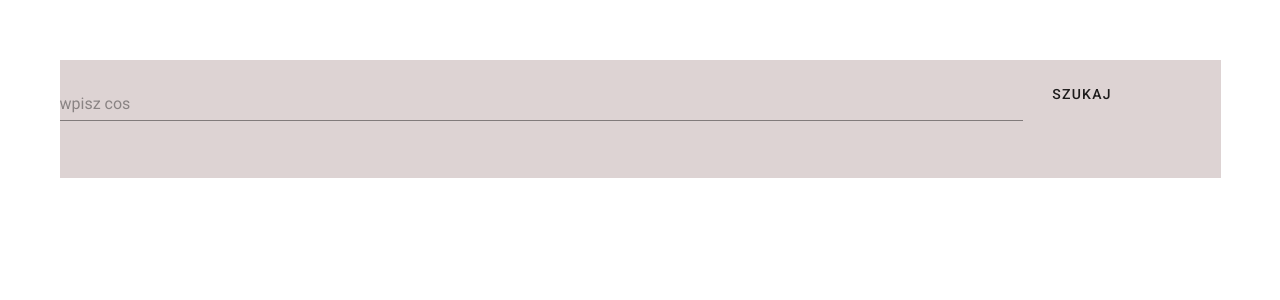
Repository: kq333/wyszukiwarka-filmow-seriali
Page: / (app in searchapp/)
An editor plug-in stored every save of this project. The page is shown before and after the next save, followed by the edit.
The browser window is 1280 px wide. The pictures show the whole page.
The project was rebuilt for these pictures with package versions that can differ from the ones it lists, and the page was loaded fresh each time. Also part of the build but not shown: searchapp/vue.config.js, searchapp/src/views/Home.vue.

Above is the page before, as saved 2021-02-18 00:46:01.

### searchapp/src/App.vue
<template>
  <v-app>


    <v-main>
      <HelloWorld/>
    </v-main>
  </v-app>
</template>

<script>
import HelloWorld from './components/HelloWorld';

export default {
  name: 'App',

  components: {
    HelloWorld,
  },

  data: () => ({
    //
  }),
};
</script>

### searchapp/src/components/HelloWorld.vue
<template>
  <v-container>


<div id="demo">




<v-row color="red" >
   <v-col lg="10">


            <v-text-field  clearable placeholder="wpisz cos" type="text" v-model="input"></v-text-field>

    </v-col>

    <v-btn id="btn" outlined @click="klik" class="mt-4"><v-icon>mdi-find</v-icon>Szukaj</v-btn>

 </v-row>



  <v-row>
    <v-col >
      <div   v-for="arr in arrays" :key="arr.index" >
        <v-row>
          <v-col >
                <p  id="text1"  class="mx-12" style="font-size:38px">{{arr.title}}</p>
          </v-col>

                </v-row>

                  <v-row >
                    <v-col id="image"  lg="4" xs="2" >
                      <img  style="border-radius: 2%" class="ml-8" :src="arr.poster" />
                    </v-col>
                        <v-col id="text" lg="8" xs="2" cols="6" >
                          <p id="demo"> Aktorzy:  {{ arr.actors}}</p>
                          <p> Reżyseria: {{arr.director}}</p>
                          <p>Kraj: {{arr.country}}</p>
                          <p>Rok produkcji: {{arr.released}}</p>
                          <p>Gatunek: {{arr.genre}}</p>
                          <p>Opis: {{arr.plote}}</p>
                          <p>Ranking IMDB: {{arr.imdb}}</p>
                        </v-col>
                  </v-row>

              <v-row >

              </v-row>





      </div>
    </v-col>
  </v-row>


 </div>





  </v-container>
</template>

<script>
  export default {
    name: 'HelloWorld',

    data(){

    return{

      input:'',

      arrays:[],
    }

  },
   methods: {


/* const button = document.getElementById("btn");
      button.disabled = true; */




      klik(){


       this.input








 const url = 'https://www.omdbapi.com/?apikey=7bd5b2c8&t=';

    const result  = url + this.input;
    fetch(result)

  .then((res)=>{
      return res.json();
  })

  .then((data)=>{

    console.log(data)



    this.arrays.push({poster: data.Poster, actors: data.Actors, director: data.Director, title:data.Title, country:data.Country, released: data.Released, genre: data.Genre, plot: data.Plot, imdb:data.imdbRating })


  }),

this.input=''
this.text=""

this.arrays.pop()

      }}}


</script>

<style scoped>

p{
  color:red
}

#demo{

  margin-top:60px;
  background-color:rgba(194, 176, 176, 0.548);
}

#btn{
  border: 0px  ;
}
</style>

Loaded but not shown: searchapp/public/index.html (common file); searchapp/src/main.js (common file); searchapp/src/router/index.js (common file); searchapp/src/plugins/vuetify.js (common file)

After the next save:
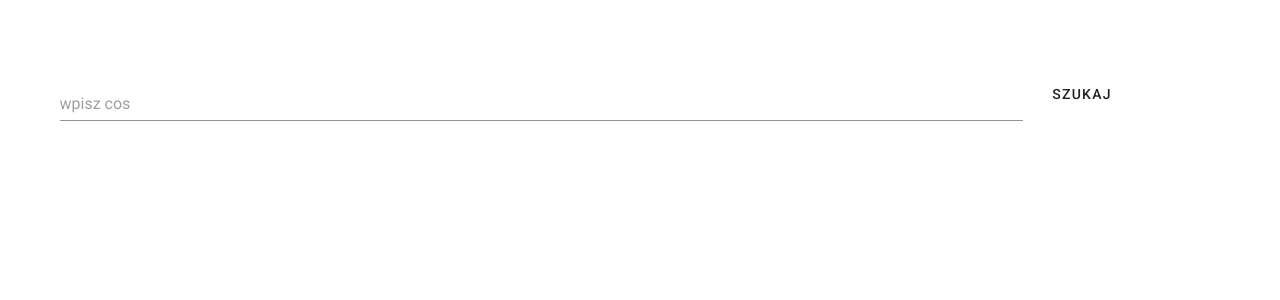
Saved 52 s later.
--- a/searchapp/src/components/HelloWorld.vue
+++ b/searchapp/src/components/HelloWorld.vue
@@ -135,6 +135,11 @@ this.arrays.pop()
 
 <style scoped>
 
+body{
+   background-color:rgba(194, 176, 176, 0.548);
+
+}
+
 p{
   color:red
 }
@@ -142,7 +147,7 @@ p{
 #demo{
 
   margin-top:60px;
-  background-color:rgba(194, 176, 176, 0.548);
+
 }
 
 #btn{
